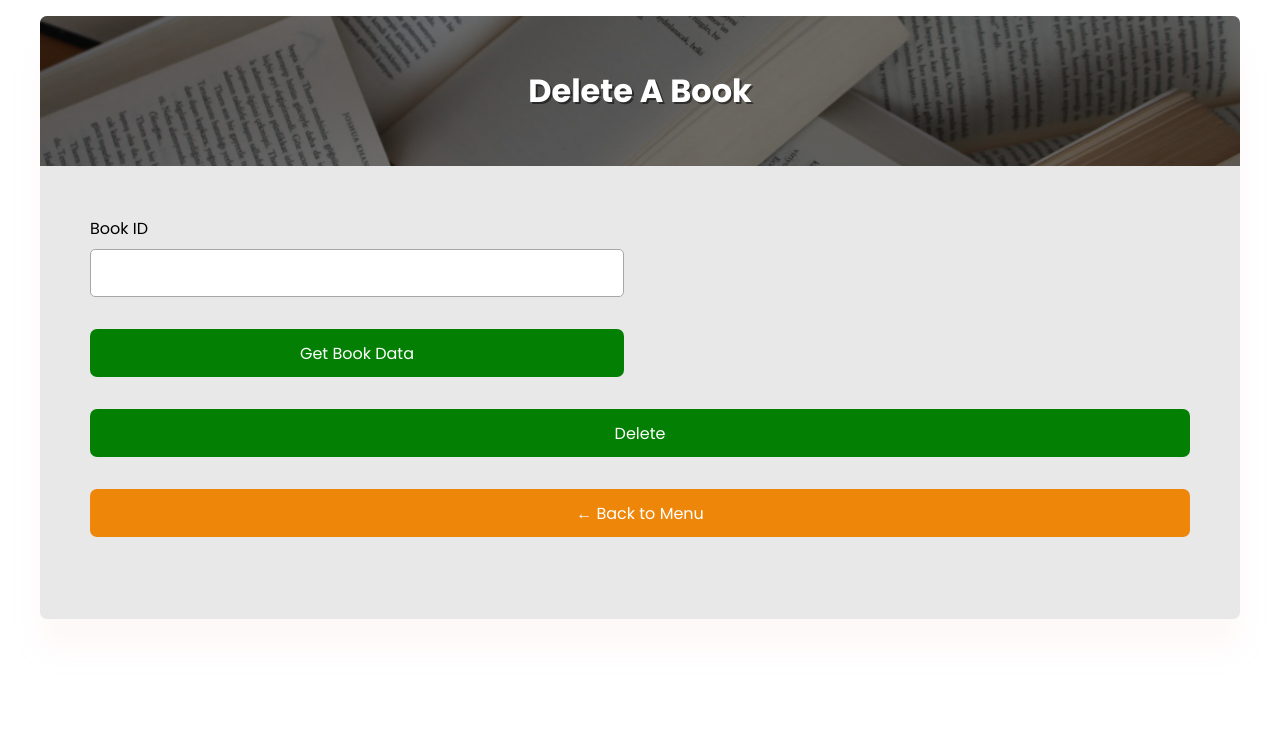
Repository: kcvijay/node_advanced_books
Page: booksSPA/public/pages/deleteBook.html
These files come from the project's save history. The page is drawn as it stood at one moment and after the next save; the edit follows.
The browser window is 1280 px wide. The pictures show the whole page.

Above is the page before, as saved 2023-03-08 18:47:04.

After the next save:
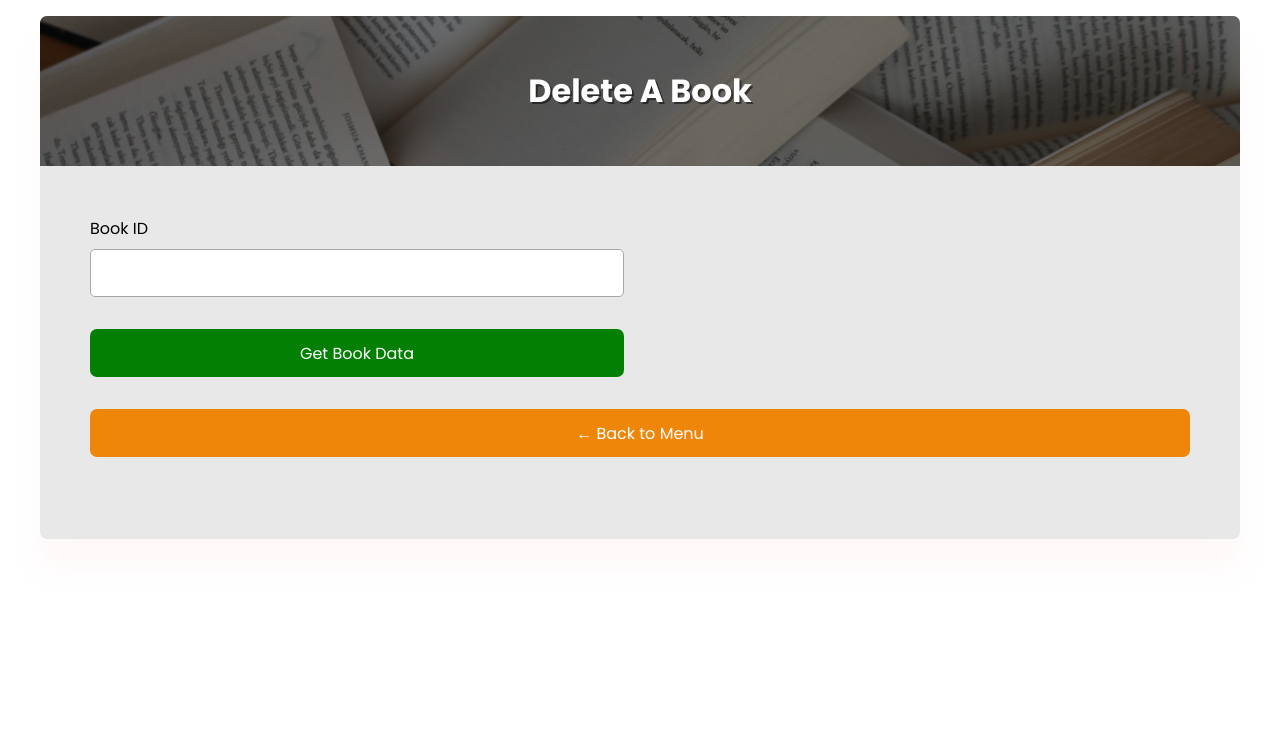
Saved 20 s later.
--- a/booksSPA/public/pages/deleteBook.html
+++ b/booksSPA/public/pages/deleteBook.html
@@ -75,7 +75,7 @@
             class="primary-btn"
             type="submit"
             id="submit"
-            style="margin-top: 32px"
+            style="margin-top: 32px; display: none"
           >
             Delete
           </button>
